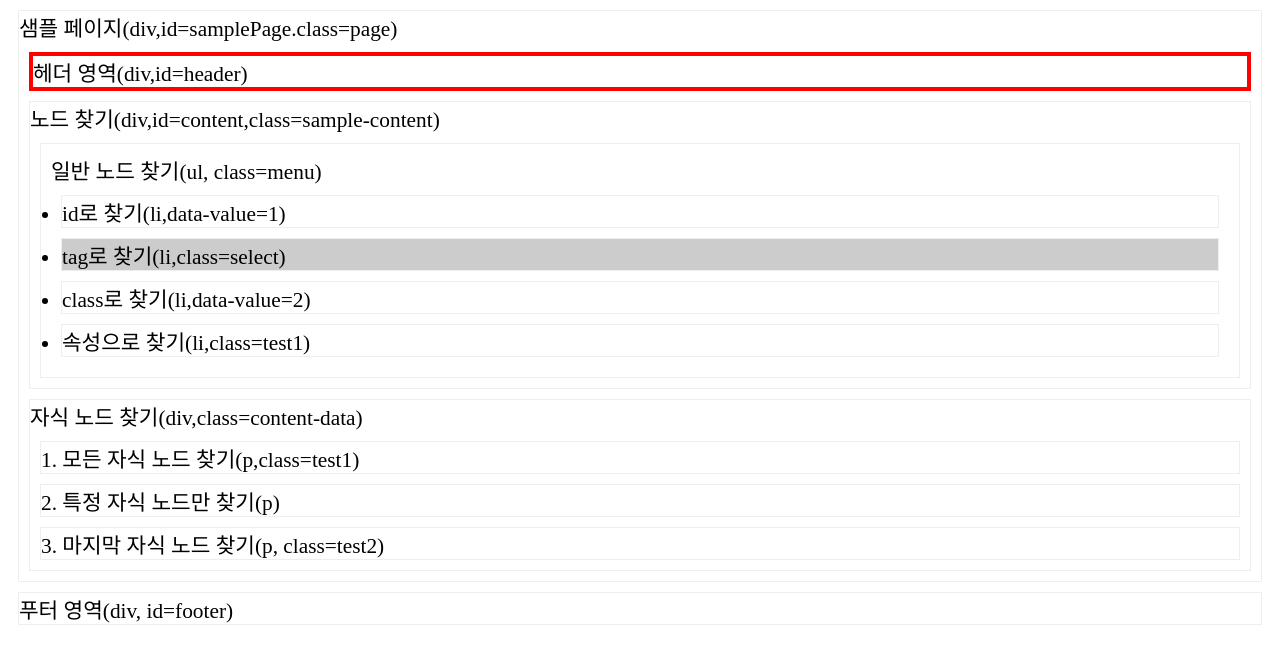
Repository: swc0516s/EZEN-JS
Page: JavaScript Workspace Lecture/JavaScript_jQuery_03/WebContent/Chapter01/1_02.html
These files come from the project's save history. The page is drawn as it stood at one moment and after the next save; the edit follows.
The browser window is 1280 px wide. The pictures show the whole page.

Above is the page before, as saved 2022-03-17 02:10:34.

After the next save:
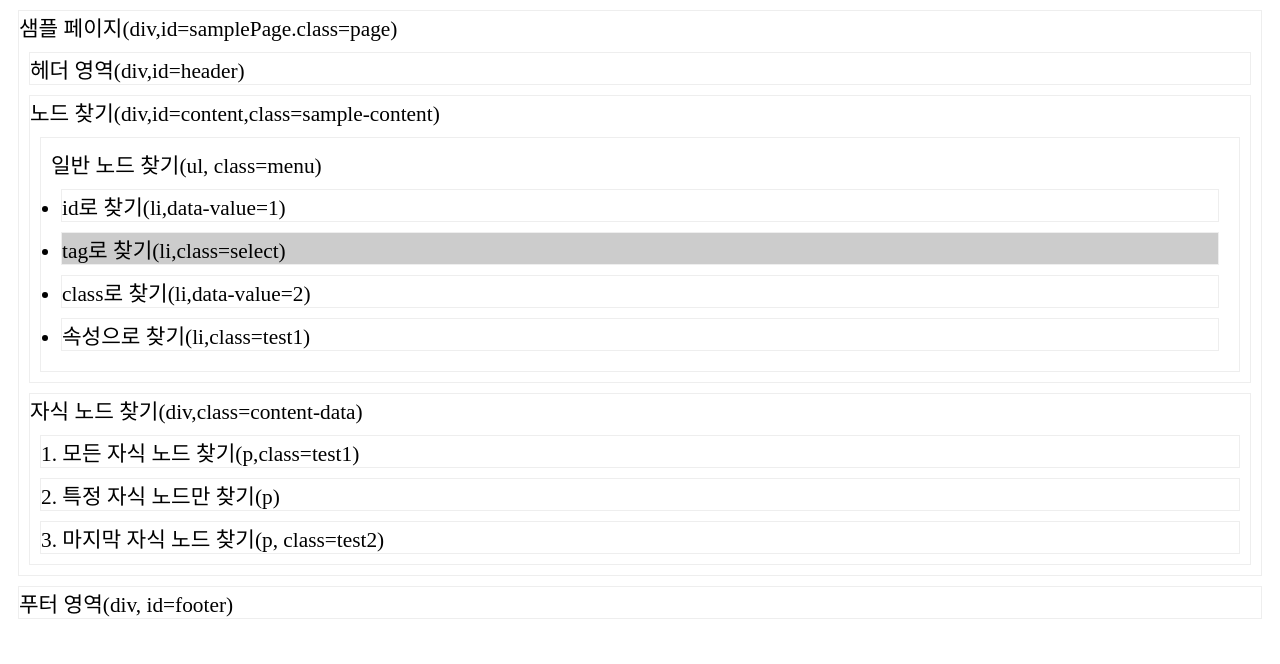
Console error: ReferenceError: style is not defined
Saved 16 min 52 s later.
--- a/JavaScript Workspace Lecture/JavaScript_jQuery_03/WebContent/Chapter01/1_02.html
+++ b/JavaScript Workspace Lecture/JavaScript_jQuery_03/WebContent/Chapter01/1_02.html
@@ -25,10 +25,11 @@
 <script type="text/javascript" src="../libs/jquery-3.6.0.min.js"></script>
 <script type="text/javascript">
 	// 아이디가 header인 노드를 찾아 border를 4px solid #f00 으로 변경
-
-	$(document).ready(function() {
-		$("#header").css("border", "4px solid #f00");
-	});
+	var header = document.getElementById("header");
+	header = style.border = "4px solid #f00";
+	//$(document).ready(function() {
+	//$("#header").css("border", "4px solid #f00");
+	//});
 </script>
 </head>
 <body>

After the 6 saves that followed:
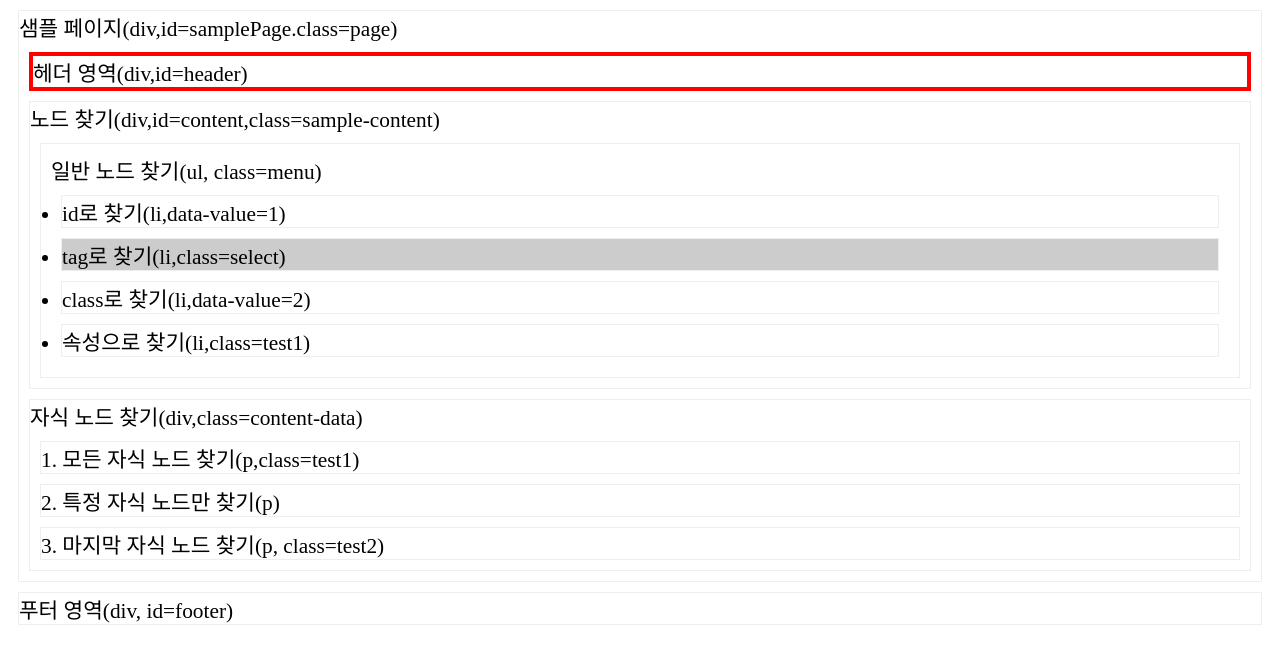
The error is gone.
The 6 saves are shown as one change because 5 left the picture as it was.
The last was saved 2 min 4 s later.
--- a/JavaScript Workspace Lecture/JavaScript_jQuery_03/WebContent/Chapter01/1_02.html
+++ b/JavaScript Workspace Lecture/JavaScript_jQuery_03/WebContent/Chapter01/1_02.html
@@ -25,8 +25,10 @@
 <script type="text/javascript" src="../libs/jquery-3.6.0.min.js"></script>
 <script type="text/javascript">
 	// 아이디가 header인 노드를 찾아 border를 4px solid #f00 으로 변경
-	var header = document.getElementById("header");
-	header = style.border = "4px solid #f00";
+	window.onload = function() {
+		var header = document.getElementById("header");
+		header.style.border = "4px solid #f00";
+	}
 	//$(document).ready(function() {
 	//$("#header").css("border", "4px solid #f00");
 	//});
